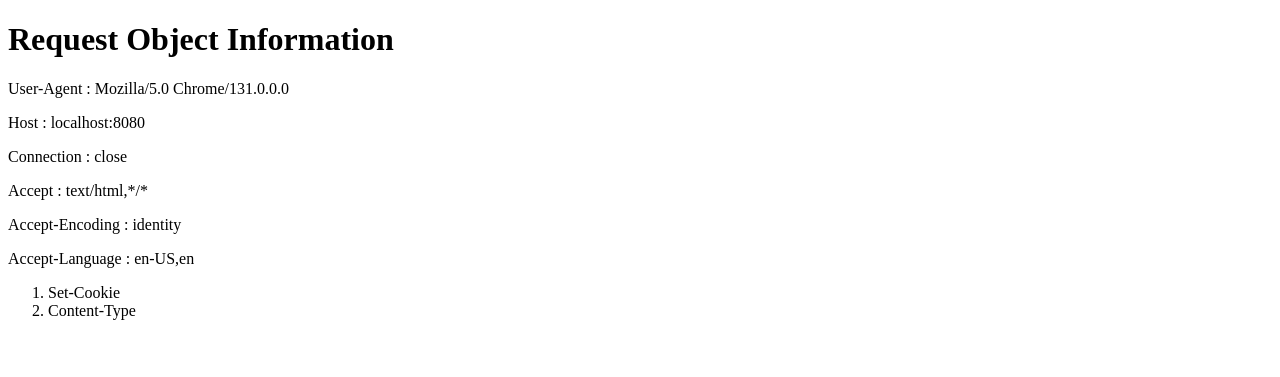
Repository: ZawMinKhantOrLeon/JavaEEWS
Page: http://localhost/jsp_servlet/response.jsp
These files come from the project's save history. The page is drawn as it stood at one moment and after the next save; the edit follows.
The browser window is 1280 px wide. The pictures show the whole page.
The page is served by Tomcat 10. Other server files are loaded and not shown.

Above is the page before, as saved 2024-02-14 10:23:00.

### jsp_servlet/src/main/webapp/response.jsp
<%@page import="java.util.Collection"%>
<%@page import="java.util.Enumeration"%>
<%@ page language="java" contentType="text/html; charset=ISO-8859-1"
    pageEncoding="ISO-8859-1"%>
<!DOCTYPE html>
<html>
<head>
<meta charset="ISO-8859-1">
<title>Response Obj</title>
</head>
<body>
	<h1> Request Object Information </h1>
	<p>User-Agent : <%= request.getHeader("User-Agent") %> </p>
	<p>Host : <%= request.getHeader("Host") %> </p>
	<p>Connection : <%= request.getHeader("Connection") %> </p>
	<p>Accept : <%= request.getHeader("Accept") %> </p>
	<p>Accept-Encoding : <%= request.getHeader("Accept-Encoding") %> </p>
	<p>Accept-Language : <%= request.getHeader("Accept-Language") %> </p>
	<ol>
		<%
			Collection<String> names= response.getHeaderNames();
	        for(final String name:names){
				out.print("<li>"+name+"</li>");
            }
		%>
	</ol>
</body>
</html>

After the next save:
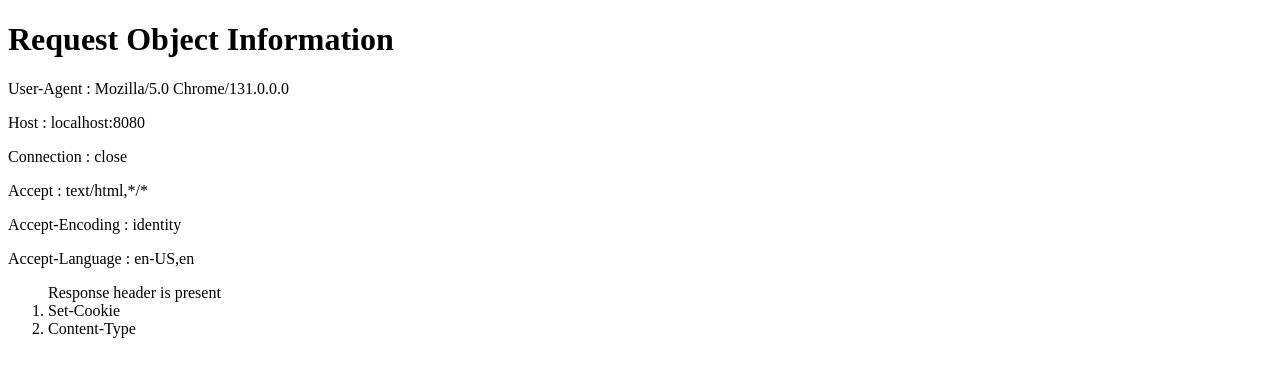
Saved 38 s later.
--- a/jsp_servlet/src/main/webapp/response.jsp
+++ b/jsp_servlet/src/main/webapp/response.jsp
@@ -19,6 +19,7 @@
 	<ol>
 		<%
 			Collection<String> names= response.getHeaderNames();
+			out.print(names.isEmpty() ? "Yes Empty":"Response header is present");
 	        for(final String name:names){
 				out.print("<li>"+name+"</li>");
             }
